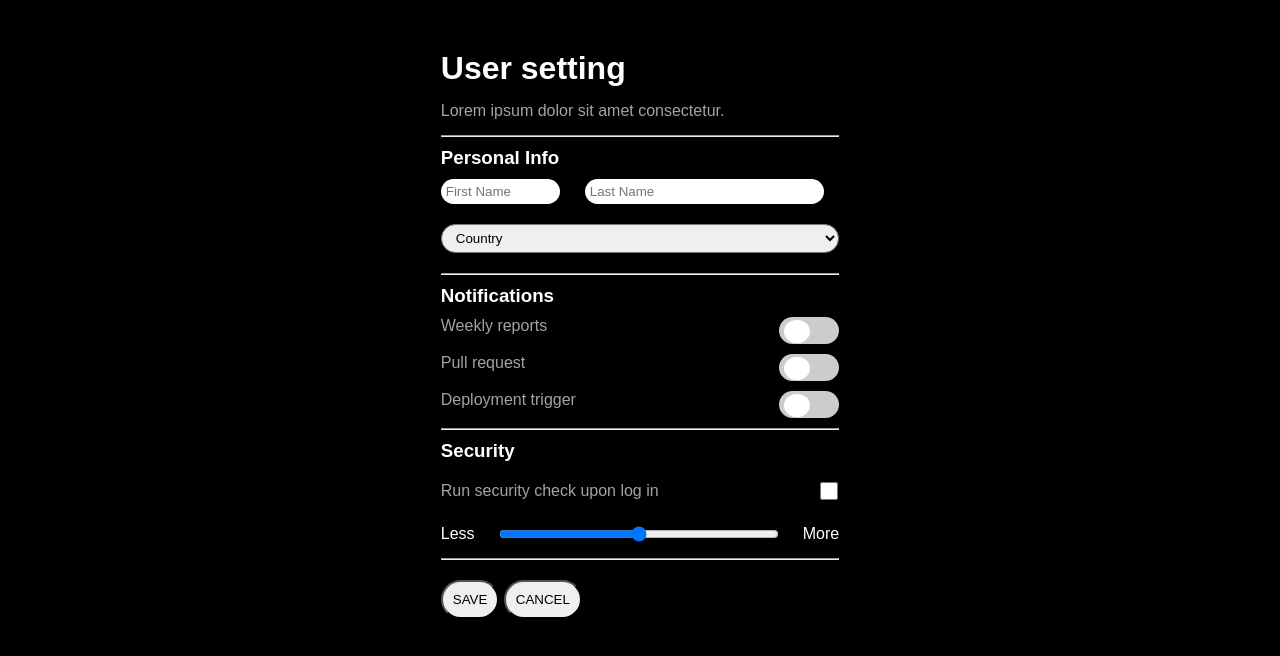
Repository: imokha01/DOM
Page: index.html
The author's editor kept a copy of each file at every save. The page is drawn from the files as they stood at one save, then again after the next save.
The browser window is 1280 px wide. The pictures show the whole page.

Above is the page before, as saved 2023-12-21 09:56:45.

### index.html
<!DOCTYPE html>
<html lang="en">
  <head>
    <meta charset="UTF-8" />
    <meta name="viewport" content="width=device-width, initial-scale=1.0" />
    <title>Document</title>
    <link rel="stylesheet" href="./index.css" />
  </head>
<body>
  <div class="form_container">
    <form action="#">
      <div>
          <h1>User setting</h1>
          <p id="userPara">Lorem ipsum dolor sit amet consectetur.</p>
      </div>
      <hr>
      <div>
        <h3>Personal Info</h3>
        <input type="text" class="firstName" placeholder="First Name">
        <input type="text" class="lastName" placeholder="Last Name"> <br>
        <select>
            <option value="country" disabled hidden selected>Country</option>
            <option value="Nigeria">Nigeria</option>
            <option value="ghana">Ghana</option>
            <option value="algeria">Algeria</option>
        </select>
        <hr>
        <div>
          <h3>Notifications</h3>
          <div class="weeklyReport">
            <p class="week-para">Weekly reports</p>
            <!-- Rounded switch -->
            <div>
              <label class="switch">
                <input type="checkbox">
               <span class="slider round"></span>
              </label>
            </div>
          </div>
          <div class="pullRequest">
            <p class="pull-para">Pull request</p>
            <!-- Rounded switch -->
            <div>
              <label class="switch">
                <input type="checkbox">
               <span class="slider round"></span>
              </label>
            </div>
          </div>
          <div class="deployment">
            <p class="depoly-para">Deployment trigger</p>
            <!-- Rounded switch -->
            <div>
              <label class="switch">
                <input type="checkbox">
               <span class="slider round"></span>
              </label>
            </div>
          </div>
          <hr>
          <div class="security">
            <h3> Security</h3>
            <div>
              <p id="secu-para">Run security check upon log in</p>
              <input type="checkbox" id="check">
            </div>
            <div>
              <span>Less</span>
              <input type="range" id="range">
              <span> More </span>
            </div>
           <hr>
           <button type="save">SAVE</button>
           <button type="cancel">CANCEL</button
        </div>
        </div>
      </div>
    </form>
  </div>
    <script src="./index.js"></script>
  </body>
</html>

### index.css
* {
    margin: 0;
    padding: 0;
    box-sizing: border-box;
}

body{
    font-family: Arial, Helvetica, sans-serif;
    background-color: black;
}

.form_container {
    display: flex;
    justify-content: center;
    align-items: center;
    margin-top: 50px;
    gap: 2px;
    background-color: black;
    color: while;
}

form {
    color: white;
}

form p {
    color: #a3a3a3
}

#userPara {
    padding: 15px 0;
}

h3 {
    margin: 10px 0;
}

.firstName{
    width: 30%;
    padding: 5px;
    border-radius: 20px;
    margin-right: 20px;
    border: none;
  }

  .lastName {
    width: 60%;
    padding: 5px;
    border-radius: 20px;
    border: none;

}

select {
    width: 100%;
    padding: 5px 10px;
    border-radius: 20px;
    margin: 20px 0;
  }

  option {
    padding: 20px 0;

  }
  .weeklyReport,
  .deployment,
  .pullRequest {
    display: flex;
    justify-content: space-between;
    margin-bottom: 10px;
  }

  .security h3 + div {
    display: flex;
    justify-content: space-between;
    padding: 10px 0;
  }

#check {
  width: 20px;
}

.security div:last-of-type{
    width: 100%;
    display: flex;
    justify-content: space-between;
    padding: 15px 0;
  }

  #range {
    width: 280px;
    background-color: green;

  }

  button {
    padding: 10px;
    border-radius: 20px;
    margin: 20px 0;
    font-size:

}







/* The switch - the box around the slider */
.switch {
    position: relative;
    display: inline-block;
    width: 60px;
    height: 27px;
  }

  /* Hide default HTML checkbox */
  .switch input {
    opacity: 0;
    width: 0;
    height: 0;
  }

  /* The slider */
  .slider {
    position: absolute;
    cursor: pointer;
    top: 0;
    left: 0;
    right: 0;
    bottom: 0;
    background-color: #ccc;
    -webkit-transition: .4s;
    transition: .4s;
  }

  .slider:before {
    position: absolute;
    content: "";
    height: 23px;
    width: 26px;
    left: 5px;
    bottom: 1px;
    background-color: white;
    -webkit-transition: .4s;
    transition: .4s;
  }

  input:checked + .slider {
    background-color: #2196F3;
  }

  input:focus + .slider {
    box-shadow: 0 0 1px #2196F3;
  }

  input:checked + .slider:before {
    -webkit-transform: translateX(26px);
    -ms-transform: translateX(26px);
    transform: translateX(26px);
  }

  /* Rounded sliders */
  .slider.round {
    border-radius: 34px;
  }

  .slider.round:before {
    border-radius: 50%;
  }

### index.js
// const button = document.getElementsByTagName("button")[0]
// console.log(button)

// button.style.backgroundColor = "skyblue"
// button.style.padding = "20px";
// button.style.border = "none";
// button.style.borderRadius = "10px";
// button.style.fontSize  = "1.5em";
// button.style.color = "red";

// const body = document.querySelector("body")
// body.style.backgroundColor = "lightgreen";

const newDiv = document.createElement("div");
const newContent = document.createTextNode("hey, What is up");
newDiv.appendChild(newContent);
console.log(newDiv)

const button = document.createElement("button")

After the next save:
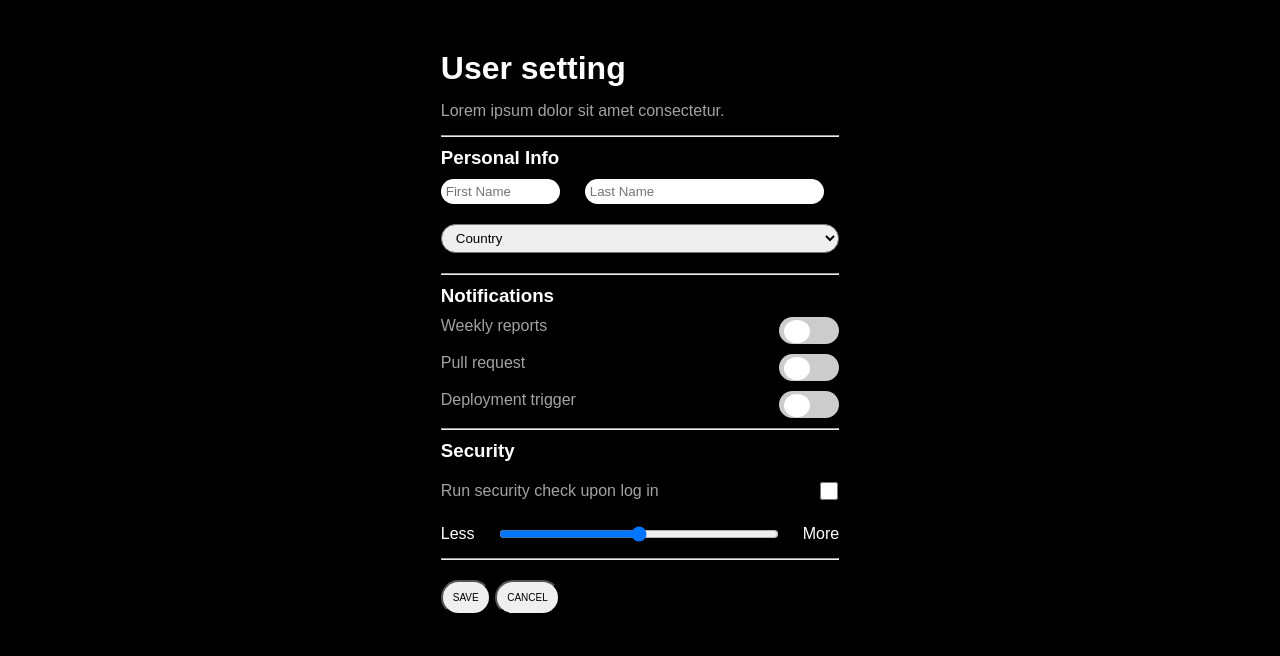
Saved 5 s later.
--- a/index.css
+++ b/index.css
@@ -97,7 +97,7 @@ select {
     padding: 10px;
     border-radius: 20px;
     margin: 20px 0;
-    font-size:
+    font-size: 10px;
 
 }
 
